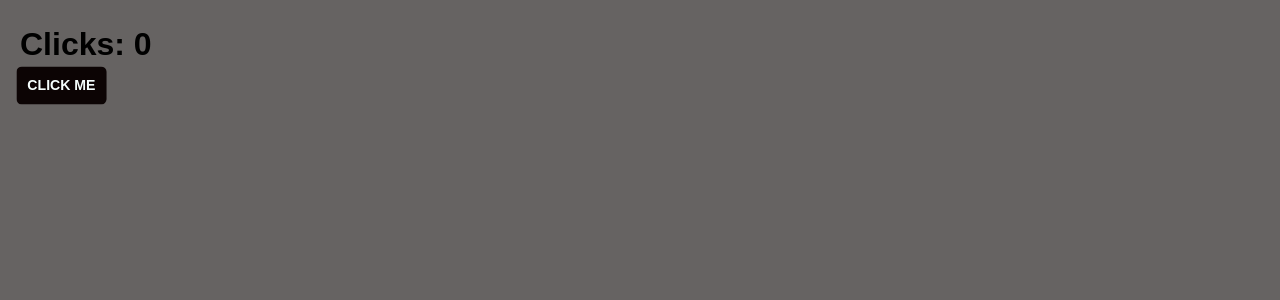
Repository: MeekyBerry/Chasing-Clicks
Page: / (app in chasing-clicks/)
These files come from the project's save history. The page is drawn as it stood at one moment and after the next save; the edit follows.
The browser window is 1280 px wide. The pictures show the whole page.
The project was rebuilt for these pictures with package versions that can differ from the ones it lists, and the page was loaded fresh each time.

Above is the page before, as saved 2023-04-14 18:25:20.

After the next save:
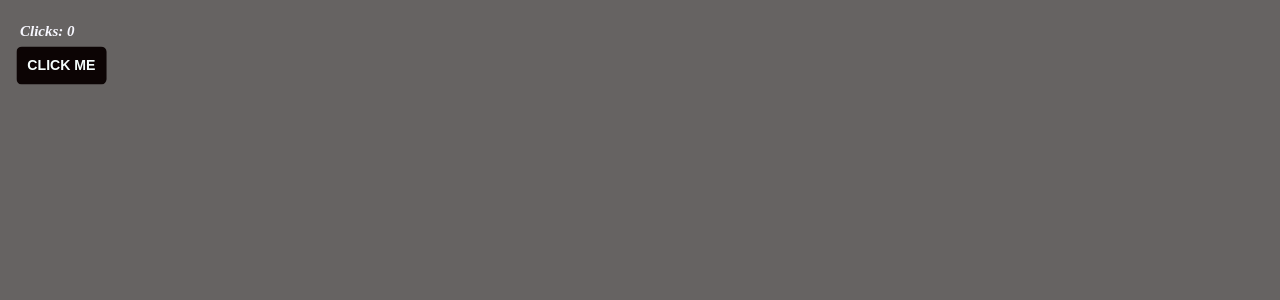
Saved 48 s later.
--- a/chasing-clicks/src/App.js
+++ b/chasing-clicks/src/App.js
@@ -68,7 +68,7 @@ const incrementCount = () => {
 
 return (
   <div className="app">
-    <h1>Clicks: {count}</h1>
+    <h1 className="click--text">Clicks: {count}</h1>
     <button onClick={incrementCount} className="click--btn">Click Me</button>
     {/* <h2>Clicks by Location</h2>
     <ul>
